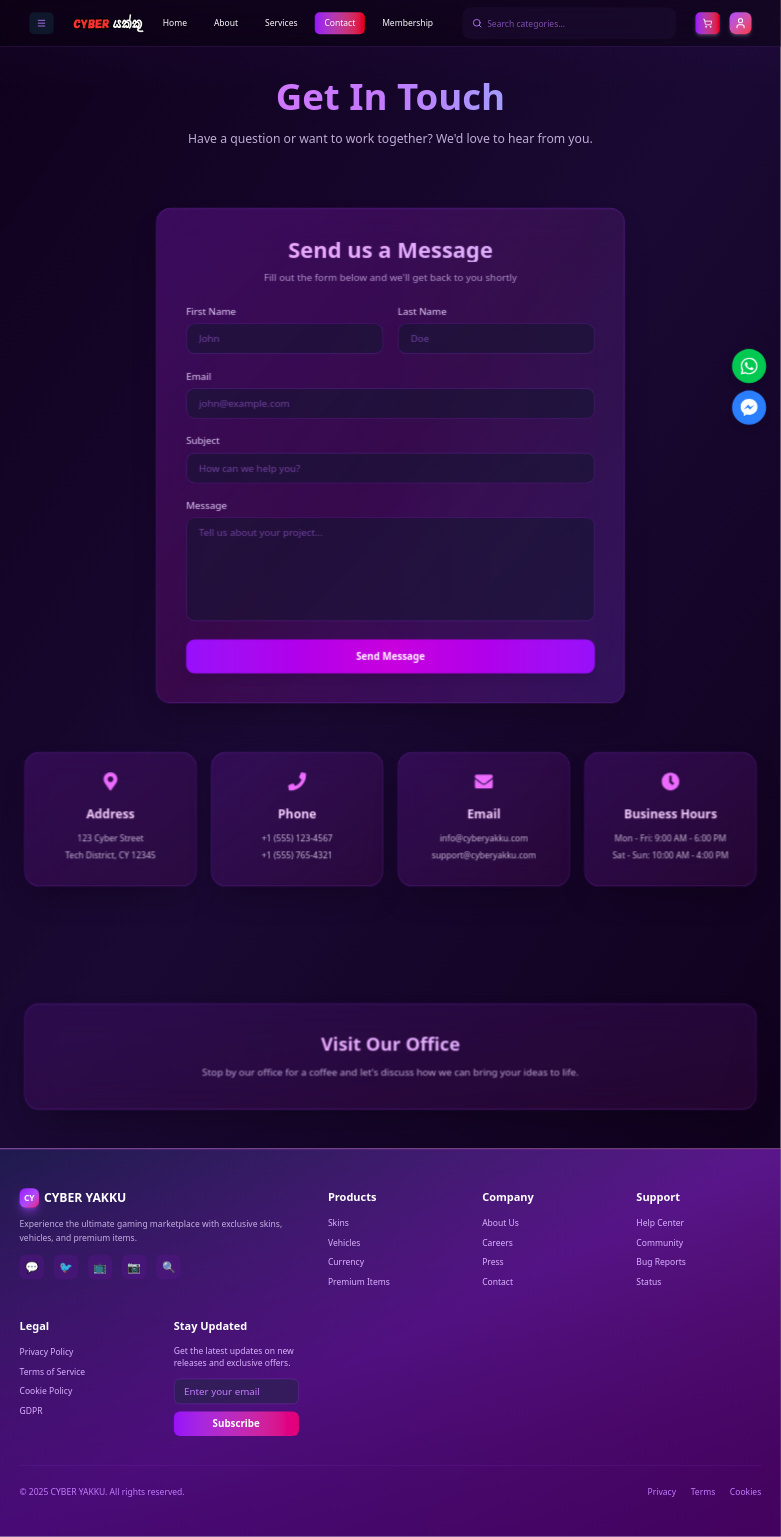
Repository: chamodya-hirusha/mta_sa_cyber_yakku_web
Page: /contact
These files come from the project's save history. The page is drawn as it stood at one moment and after a run of saves; the edit follows.
The browser window is 1280 px wide. The pictures show the whole page, at 61% of full size.
The project was rebuilt for these pictures with package versions that can differ from the ones it lists, and the page was loaded fresh each time. The framework's server and built-in components were replaced by stand-ins that run in the browser. Also part of the build but not shown: next.config.mjs, components/header/layout/SideNavHeader.jsx, components/user/UserProfileSection.jsx, components/navigation/NavigationLinks.jsx, components/navigation/CollapsibleMenu.jsx, components/header/actions/themesdropdownbtn.jsx, components/navigation/AdditionalMenu.jsx, components/ui/dialog.jsx and 2 more.

Above is the page before, as saved 2025-10-20 11:05:20.

After the next 2 saves:
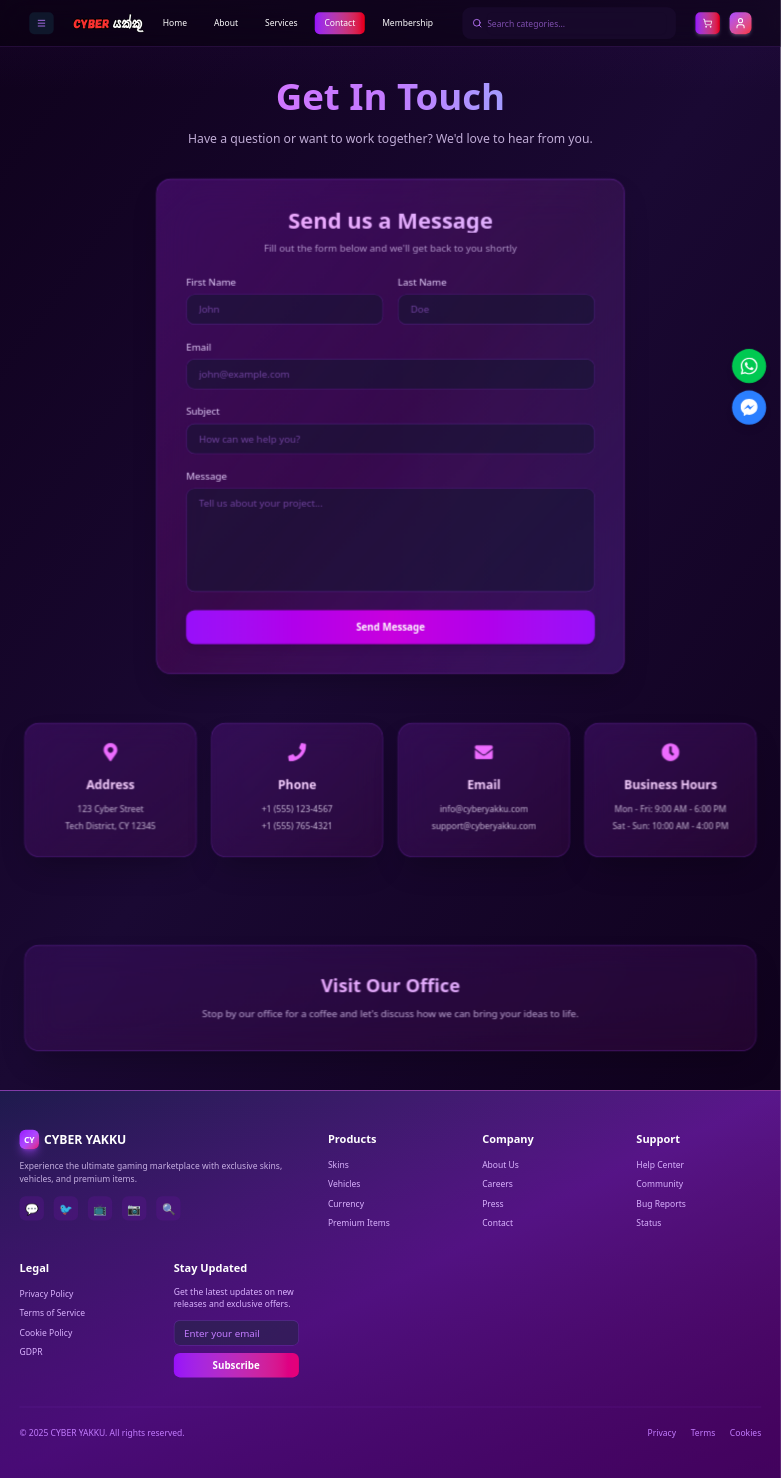
The 2 saves are shown as one change because they came seconds apart.
The last was saved 7 s later.
--- a/app/contact/page.jsx
+++ b/app/contact/page.jsx
@@ -52,7 +52,7 @@ export default function ContactPage() {
 
       <HeroSection />
 
-      <section className="py-12 px-6">
+
         <div className="container mx-auto">
           <ContactForm />
 
@@ -67,7 +67,7 @@ export default function ContactPage() {
             total={total}
           />
         </div>
-      </section>
+
 
       <VisitOfficeSection />
 
